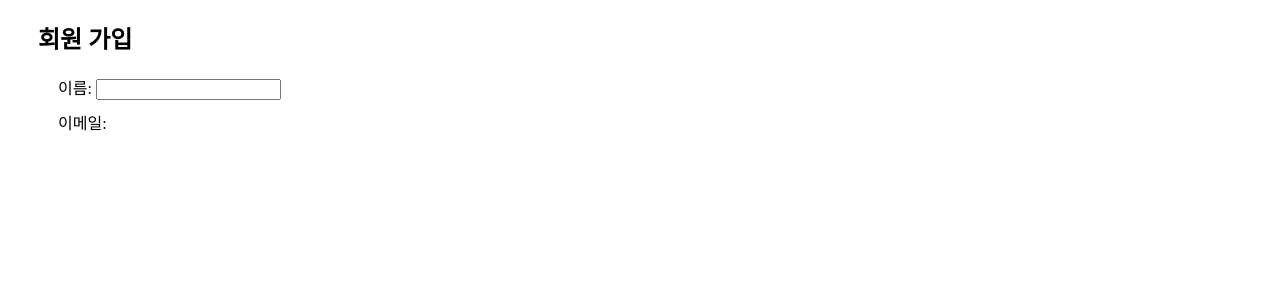
Repository: taiseidesu97/space_jspworks
Page: http://localhost/jweb0/servlet/register.jsp
An editor plug-in stored every save of this project. The page is shown before and after the next save, followed by the edit.
The browser window is 1280 px wide. The pictures show the whole page.
The page is served by Tomcat 10.

Above is the page before, as saved 2025-10-02 03:22:26.

After the next save:
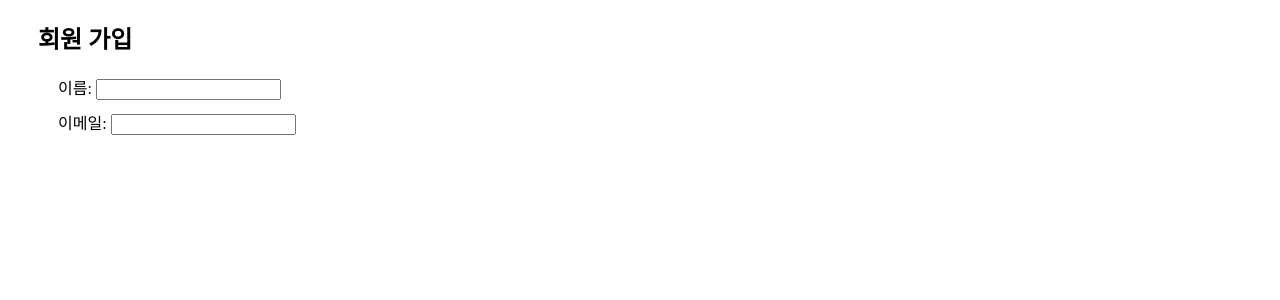
Saved 44 s later.
--- a/jweb0/src/main/webapp/servlet/register.jsp
+++ b/jweb0/src/main/webapp/servlet/register.jsp
@@ -21,7 +21,7 @@ list-style:none; margin: 10px;}
 	</li>
 	<li>
 	<label for="email">이메일:</label>
-
+	<input type="type" name="email" id="email">
 	</li>
 </ul>
 </form>
